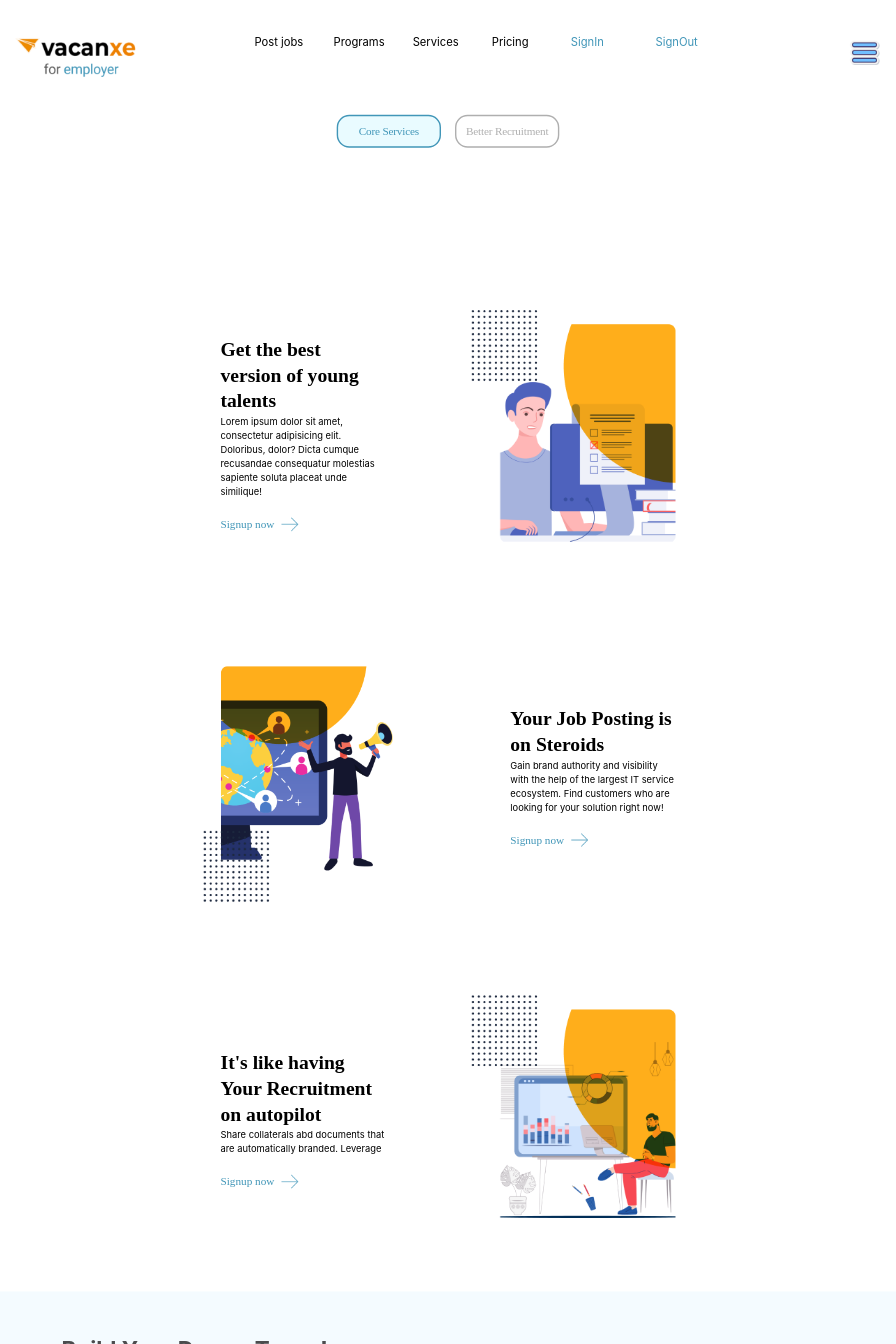
Repository: uh-sman/Vacanxe
Page: /
The author's editor kept a copy of each file at every save. The page is drawn from the files as they stood at one save, then again after the next save.
The browser window is 1280 px wide. The pictures show the part of the page from y = 0 to 1920 px (the page is 3418 px tall), at 70% of full size.
The project was rebuilt for these pictures with package versions that can differ from the ones it lists, and the page was loaded fresh each time.

Above is the page before, as saved 2022-12-03 19:22:11.

### src/App.js
import logo from "./logo.svg";
import "./App.css";
import Head from "./components/Head";

function App() {
  return (
    <div className="App">
      <Head />
    </div>
  );
}

export default App;

### src/App.css
* {
  margin: 0;
  padding: 0;
  box-sizing: border-box;
  list-style: none;
  text-decoration: none;
}
/* @keyframes App-logo-spin {
  from {
    transform: rotate(0deg);
  }
  to {
    transform: rotate(360deg);
  }
} */

### src/components/Head.js
import React from "react";
import { Body } from "./Body";
import { Footer } from "./Footer";
import { Navbar } from "./Navbar";
import { Team } from "./Team";

const Head = () => {
  return (
    <div>
      <Navbar />
      <Body />
      <Team />
      <Footer />
    </div>
  );
};

export default Head;

### src/components/Body.jsx
import React from "react";
import "./version.css";
import { Services } from "./Services";
import { Versions } from "./Versions";
export const Body = () => {
  return (
    <div>
      <Services />
      <div className="flex">
        <Versions />
      </div>
    </div>
  );
};

### src/components/Footer.jsx
import React from "react";
import logo from "../assets/logo 1.png";
import "./footer.css";
export const Footer = () => {
  return (
    <div>
      <div className="footer-section">
        <div className="image-logo">
          <img src={logo} />
        </div>
        <div className="footer-texts">
          <div className="div">
            <p className="text">
              Your ultimate email solution to grow business and engaging with
              future customers and clients.
            </p>
            <button className="button">Ask Question</button>
          </div>
          <div className="div">
            <ul>
              <h4>Community</h4>
              <li>For Talents</li>
              <li>For Companies</li>
              <li>Facebook Group</li>
              <li>FAQ</li>
            </ul>
          </div>
          <div className="div">
            <ul>
              <h4>About us</h4>
              <li>Meet the Team</li>
              <li>Our Story</li>
              <li>Career</li>
            </ul>
          </div>
          <div className="div">
            <ul>
              <h4>Contacts</h4>
              <p>
                Feel free to get in touch with us via phone or send us a message
              </p>
            </ul>
          </div>
        </div>
        <div className="div">
          <ul>
            <li className="copyright">
              &copy;Vacanxe 2022, All Rights Reserved
            </li>
            <li></li>
          </ul>
        </div>
      </div>
    </div>
  );
};

### src/components/Navbar.jsx
import React from "react";
import logo from "../assets/logo 1.png";
import { data } from "./data";
import { signin } from "./data";
import "./navbar.css";
import { SideNav } from "./SideNav";
export const Navbar = () => {
  return (
    <div>
      <nav>
        <div className="navbar-container">
          <div>
            <img src={logo} />
          </div>
          <div className="navbar-nav">
            <div className="nav-list">
              {data.map(({ id, title }) => {
                return (
                  <ul key={id}>
                    <li>{title}</li>
                  </ul>
                );
              })}
            </div>
            <div className="link">
              {signin.map(({ id, title }) => {
                return (
                  <a href="" key={id}>
                    {title}
                  </a>
                );
              })}
            </div>
          </div>
          <SideNav />
        </div>
        <div></div>
      </nav>
    </div>
  );
};

### src/components/Team.jsx
import React from "react";
import { ContactInfo } from "./ContactInfo";
import { Form } from "./Form";
import "./team.css";
export const Team = () => {
  return (
    <div>
      <div className="team-container">
        <div className="team">
          <div className="build">
            <div className="team-header">
              <h1>
                <span className="custom"> Build</span> Your Dream Team !
              </h1>
              <small className="small">
                Start your team development with a free consultation. Fill out
                the form and Vacanxe representative will contact you.
              </small>
            </div>
            <div className="flexed">
              {" "}
              <div>
                <Form />
              </div>
              <div>
                <ContactInfo />
              </div>
            </div>
          </div>
        </div>
      </div>
    </div>
  );
};
// ;

### src/components/version.css
.version-link {
  font-family: Poppins;
  font-size: 16px;
  font-weight: 500;
  line-height: 28px;
  letter-spacing: 0em;
  color: #4196b8;
  text-align: center;
}
.versions-container {
  margin-top: 80px;
}
.versions-section1 {
  /* display: grid; */
  /* place-items: center; */
  display: flex;
  gap: 162.58px;
  justify-content: center;
  align-items: center;
  margin-bottom: 80px;
  /* padding: 86px 50px; */

  /* grid-template-columns: 1fr 1fr; */
}
.versions-section2 {
  /* display: grid; */
  /* place-items: center; */
  display: flex;
  gap: 162.58px;
  justify-content: center;
  align-items: center;
  margin: auto;
  /* padding: 86px 50px; */

  /* grid-template-columns: 1fr 1fr; */
}
.versions-section1 {
  /* display: grid; */
  /* place-items: center; */
  display: flex;
  gap: 162.58px;
  justify-content: center;
  align-items: center;
  margin: auto;
  padding: 86px 50px;

  /* grid-template-columns: 1fr 1fr; */
}
.text-section {
  width: 20%;
}
.h2 {
  font-family: Poppins;
  font-size: 28px;
  font-weight: 700;
  line-height: 37px;
  letter-spacing: 0em;
  /* text-align: left; */
  /* width: 379px;
  height: 74px; */

  /* font-family: "Poppins";
  font-style: normal;
  font-weight: 700;
  font-size: 28px;
  line-height: 37px; */
}
.man {
  height: 313.4984436035156px;
  width: 251.41943359375px;
  /* left: 872.580078125px;
top: 830.1708984375px;
border-radius: [object Object]px; */
}
.flex {
  display: flex;
  gap: 36px;
}
/* .versions-container {
  display: flex;
  flex-direction: column;
  justify-content: center;
  align-items: center;
  margin: auto;
} */
.dotted {
  position: absolute;
  margin-top: -20px;
  margin-left: -40px;
}
.dotted-2 {
  position: absolute;
  margin-top: 235px;
  margin-left: -24px;
}
.arrow {
  margin-top: 24px;
  display: flex;
  align-items: center;
  gap: 10px;
}

### src/components/Services.jsx
import React from "react";
import "./services.css";
export const Services = () => {
  return (
    <div>
      <div>
        <ul className="services-button-section">
          <a className="btn-core">Core Services</a>
          <a className="btn-better">Better Recruitment</a>
        </ul>
      </div>
    </div>
  );
};

### src/components/Versions.jsx
import React from "react";
import "./version.css";
import man from "../assets/computer.png";
import img from "../assets/Group 1.png";
import img2 from "../assets/Group_4.png";
import arrow from "../assets/Group.png";
import dotted from "../assets/Dot Pattern 1.png";
export const Versions = () => {
  return (
    <div>
      <div className="versions-container">
        <div className="versions-section1">
          <div className="text-section">
            <h2 className="h2">Get the best version of young talents</h2>
            <small>
              Lorem ipsum dolor sit amet, consectetur adipisicing elit.
              Doloribus, dolor? Dicta cumque recusandae consequatur molestias
              sapiente soluta placeat unde similique!
            </small>
            <div className="arrow">
              <a className="version-link">Signup now </a>
              <img src={arrow} />
            </div>
          </div>
          <div>
            <img src={dotted} className="dotted" />
            <img src={man} className="man" />
          </div>
        </div>
        <div className="versions-section1">
          <div>
            <img src={dotted} className="dotted-2" />
            <img src={img} className="man" />
          </div>
          <div className="text-section">
            <h2 className="h2">Your Job Posting is on Steroids</h2>
            <small>
              Gain brand authority and visibility with the help of the largest
              IT service ecosystem. Find customers who are looking for your
              solution right now!
            </small>
            <div className="arrow">
              <a className="version-link">Signup now </a>
              <img src={arrow} />
            </div>
          </div>
        </div>
        <div className="versions-section1">
          <div className="text-section">
            <h2 className="h2">
              It's like having Your Recruitment on autopilot
            </h2>
            <small>
              Share collaterals abd documents that are automatically branded.
              Leverage
            </small>
            <div className="arrow">
              <a className="version-link">Signup now </a>
              <img src={arrow} />
            </div>
          </div>
          <div>
            <img src={dotted} className="dotted" />
            <img src={img2} className="man" />
          </div>
        </div>
      </div>
    </div>
  );
};

### src/components/footer.css
.footer-section {
  background: #1d293f;
  /* height: 533px; */
  /* width: 1600px; */
  /* left: 127px; */
  /* top: 0px;
  border-radius: 0px; */
}

.image-logo {
  position: absolute;
  /* top: 0; */
  margin-top: -120px;
  /* left: -2px; */
  /* display: flex;
  align-items: center;
  justify-content: center; */
  background-color: white;
  padding-top: 140px;
  padding-left: 30px;
  /* width: 25%; */
  /* height: 40%; */
  /* padding: 10px; */
  height: 255px;
  width: 255px;
  left: -30px;
  /* top: -105px; */
  border-radius: 0px;

  border-radius: 50%;
}
.button {
  border: none;
  margin-top: 28px;
  color: white;
  background: #00b6ff;
  padding: 10px 30px;
  border-radius: 10px;
}
.ultimate-email {
  color: white;
  position: absolute;
  margin-top: 180px;
  padding-left: 245px;
  /* height: 84px;
  left: 21.54%;
  right: 63.06%;
  top: calc(50% - 84px / 2 - 108.5px); */
}
.footer-texts {
  color: #ffff;
  display: grid;
  padding-top: 80px;
  padding-left: 50px;
  /* margin-left: 120px; */
  margin: 0px 80px;
  place-items: center;
  /* margin-right: 40px; */
  margin-top: 180px;
  grid-template-columns: 1fr 1fr 1fr 1fr;
  padding-bottom: 124px;
  border-bottom: 1px solid #8c97ac;
}
.footer-texts h4 {
  color: #8c97ac;
  margin-bottom: 16px;
}
/* .ultimate-email p {
  width: 40%;
} */
.text {
  margin-top: 100px;
  color: #8c97ac;
}
.copyright {
  color: #8c97ac;
  padding: 10px 90px;
}
@media only screen and (min-width: 650px) and (max-width: 1200px) {
  .footer-texts {
    padding-top: 150px;
    grid-template-columns: 1fr 1fr;
    text-align: center;
  }
  .text {
    margin-top: 0px;
  }
  .div {
    margin-bottom: 40px;
  }
}
@media only screen and (max-width: 650px) {
  .footer-texts {
    padding-left: 0px;
    padding-top: 180px;
    grid-template-columns: 1fr;
    text-align: center;
  }
  .text {
    margin-top: 0px;
  }
  .div {
    margin-bottom: 40px;
  }
}

### src/components/data.js
export const data = [
  {
    id: 1,
    title: "Post jobs",
  },
  {
    id: 2,
    title: "Programs",
  },
  {
    id: 3,
    title: "Services",
  },
  {
    id: 4,
    title: "Pricing",
  },
];

export const signin = [
  {
    id: 1,
    title: "SignIn",
  },
  {
    id: 2,
    title: "SignOut",
  },
];

### src/components/navbar.css
.navbar-container {
  display: flex;
  justify-content: space-between;
  margin: 50px 20px;
}
.nav-list {
  display: flex;
  gap: 30px;
}
.navbar-nav {
  display: flex;
  gap: 30px;
}
.nav-list ul li {
  height: 43px;
  width: 83px;
  left: 770px;
  top: 36px;
  /* border-radius: nullpx; */
}
.link {
  /* margin-right: 80px; */
  display: flex;
  gap: 10px;
}
.link a {
  color: #4196b8;
  height: 31px;
  width: 111px;
  left: 1221px;
  top: 47px;
  /* border-radius: nullpx; */
}
.burger-img {
  width: 50px;
}
@media only screen and (max-width: 1200px) {
  .navbar-nav {
    display: none;
  }
  .sidebar-container {
    /* display: inline-block; */
    /* margin: 0 0.5rem; */
    /* animation: slideInRight 2s; */
    /* animation-duration: 2s; */
    border-top-left-radius: 10px;
    border-bottom-left-radius: 10px;
    height: 100%;
    width: 60%;
    top: 0px;
    right: 0px;
    background-color: #222222;
    position: fixed;
  }
}

### src/components/SideNav.jsx
import React, { useState } from "react";
import "./navbar.css";
import burger from "../assets/burger-menu.png";
import { data } from "./data";
export const SideNav = () => {
  const [open, setOpen] = useState(false);
  return (
    <div>
      {open ? (
        data.map(({ title, id }) => {
          return (
            <div key={id} className="sidebar-container">
              <ul>
                {/* <h1></h1> */}
                <li>{title}</li>
              </ul>
            </div>
          );
        })
      ) : (
        <img
          src={burger}
          className="burger-img"
          onClick={(e) => setOpen(!open)}
        />
      )}
    </div>
  );
};

### src/components/ContactInfo.jsx
import React from "react";
import "./contact.css";
import location from "../assets/Location.png";
import message from "../assets/Message.png";
import twitter from "../assets/twitter.png";
import facebook from "../assets/facebook.png";
import instagram from "../assets/instagram.png";
import linkedin from "../assets/linkedin.png";
import stroke from "../assets/Stroke 5.png";
export const ContactInfo = () => {
  return (
    <div>
      <div className="contact-container">
        <h1 className="header-text">Contact info:</h1>
        <div className="contact-section">
          <div>
            <p className="contact">
              <img src={location} /> 4157 Washington Ave. Manchester, Kentucky
              39495
            </p>
          </div>
          <div>
            <ul className="contact-list">
              <div>
                <img src={stroke} />
              </div>
              <div>
                <li>(505) 555-0119</li>
                <li>(505) 555-0120</li>
                <li>(505) 555-0125</li>
              </div>
            </ul>
          </div>
          <div>
            <p className="contact">
              <img src={message} /> Consult@Vacanxe.com
            </p>
          </div>
          <div>
            <h2>Follow us:</h2>
            <div className="socials">
              <img src={facebook} />
              <img src={twitter} />
              <img src={linkedin} />
              <img src={instagram} />
            </div>
          </div>
        </div>
      </div>
    </div>
  );
};

### src/components/Form.jsx
import React from "react";
import { ContactInfo } from "./ContactInfo";
import "./form.css";
export const Form = () => {
  return (
    <div>
      <div className="team-section">
        <div>
          <form className="form-container">
            <div className="form">
              <label>Your name</label>
              <input className="input-field" placeholder="Enter your name" />
            </div>
            <div className="form">
              <label>Your email</label>
              <input className="input-field" placeholder="Enter your email" />
            </div>
            <div className="form">
              <label>Your Phone Number</label>
              <input
                className="input-field"
                placeholder="Enter your phone number"
              />
            </div>
            <div className="form">
              <label>Your Company Name</label>
              <input
                className="input-field"
                placeholder="Enter your Company Name"
              />
            </div>
            <div className="form">
              <label>Message</label>
              <input className="message" placeholder="Type here..." />
            </div>
            <button className="form-button">Consult with us</button>
          </form>
        </div>
      </div>
    </div>
  );
};

### src/components/team.css
.team-container {
  background: #f4fbff;
  /* height: 1101px; */
  /* width: 1539px; */
  /* left: -14px;
top: 2142px; */
  border-radius: 0px;
}
.custom {
  border-bottom: 4px solid #4eb9e3;
}
.build {
  color: #4b4c4e;
}
.flexed {
  margin: 73px 0px;
  display: flex;
  gap: 98px;
}
.team {
  display: flex;
  justify-content: center;
  padding: 64px 0px;
}
/* .small {
  padding-bottom: 73px;
} */
@media only screen and (max-width: 950px) {
  .flexed {
    flex-direction: column;
  }
  .team-header {
    text-align: center;
  }
}

### src/components/services.css
.services-button-section {
  display: flex;
  gap: 20px;
  justify-content: center;
  margin-bottom: 86px;
}
.btn-core {
  font-family: Poppins;
  font-size: 16px;
  font-weight: 500;
  line-height: 24px;
  letter-spacing: -0.015em;
  text-align: center;
  border: 2px solid #4196b8;
  height: 47px;
  width: 149px;
  display: flex;
  align-items: center;
  justify-content: center;
  border-radius: 18px;
  background-color: #e9fbff;
  color: #4196b8;
}
.btn-better {
  font-family: Poppins;
  font-size: 16px;
  font-weight: 500;
  line-height: 24px;
  letter-spacing: -0.015em;
  text-align: center;
  border: 2px solid #afafaf;
  height: 47px;
  width: 149px;
  display: flex;
  align-items: center;
  justify-content: center;
  border-radius: 18px;
  background-color: #ededed 10%;
  color: #afafaf;
}

### src/components/contact.css
.header-text {
  /* height: 28px;
  width: 132px;
  left: 931px;
  top: 2435px;
  border-radius: nullpx; */
}
.contact {
  display: flex;
  align-items: center;
  gap: 20px;
}
.contact-section {
  display: flex;
  flex-direction: column;
  gap: 40px;
  margin: 30px 0px;
}
.contact-list {
  display: flex;
  gap: 20px;
}
.socials {
  margin-top: 16px;
  display: flex;
  gap: 10px;
}
@media only screen and (max-width: 750px) {
  .contact-container {
    padding: 0px 30px;
  }
}

### src/components/form.css
.form {
  display: flex;
  flex-direction: column;
}
.form label {
  height: 22px;
  width: 78px;
  left: 263px;
  top: 2409px;
  border-radius: nullpx;
}
.input-field {
  padding: 0px 24px;
  height: 55px;
  width: 574px;
  left: 259px;
  top: 2536px;
  border-radius: 10px;
  border: 1px solid #c8d0da;
  outline: transparent;
}
.message {
  padding: 0px 24px;
  height: 203px;
  width: 574px;
  left: 259px;
  /* top: 2839px; */
  border: 1px solid #c8d0da;
  border-radius: 10px;
  outline: transparent;
}
.form-button {
  font-family: Rubik;
  font-size: 14px;
  font-weight: 700;
  line-height: 16px;
  /* letter-spacing: 0em; */
  /* text-align: left; */

  margin-top: 19px;
  border: none;
  color: white;
  background-color: #4eb9e3;
  height: 40px;
  width: 215px;
  left: 257px;
  top: 3061px;
  border-radius: 8px;
  padding: 12px 24px 12px 24px;
}
.form-container {
  display: flex;
  flex-direction: column;
  align-items: center;
  justify-content: center;
}
/* .team-section {
  display: flex;
  justify-content: center;
  align-items: center;
} */

@media only screen and (min-width: 200px) and (max-width: 600px) {
  .input-field {
    width: 350px;
  }
  .message {
    width: 350px;
  }
}

Loaded but not shown: public/index.html (common file); src/index.js (common file); src/index.css (common file); src/reportWebVitals.js (common file)

After the next save:
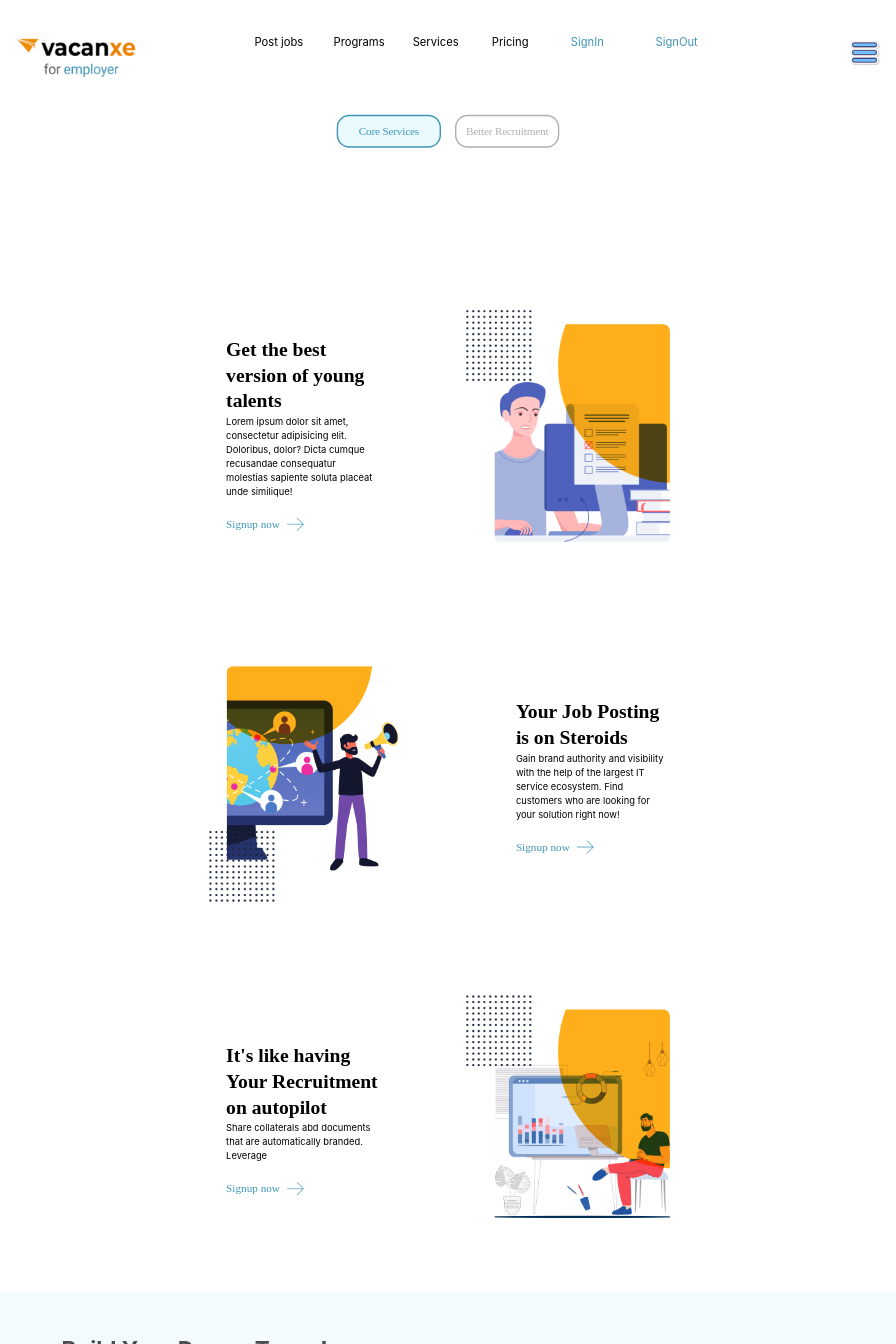
Saved 21 s later.
--- a/src/components/version.css
+++ b/src/components/version.css
@@ -42,7 +42,7 @@
   justify-content: center;
   align-items: center;
   margin: auto;
-  padding: 86px 50px;
+  padding: 86px 90px;
 
   /* grid-template-columns: 1fr 1fr; */
 }
